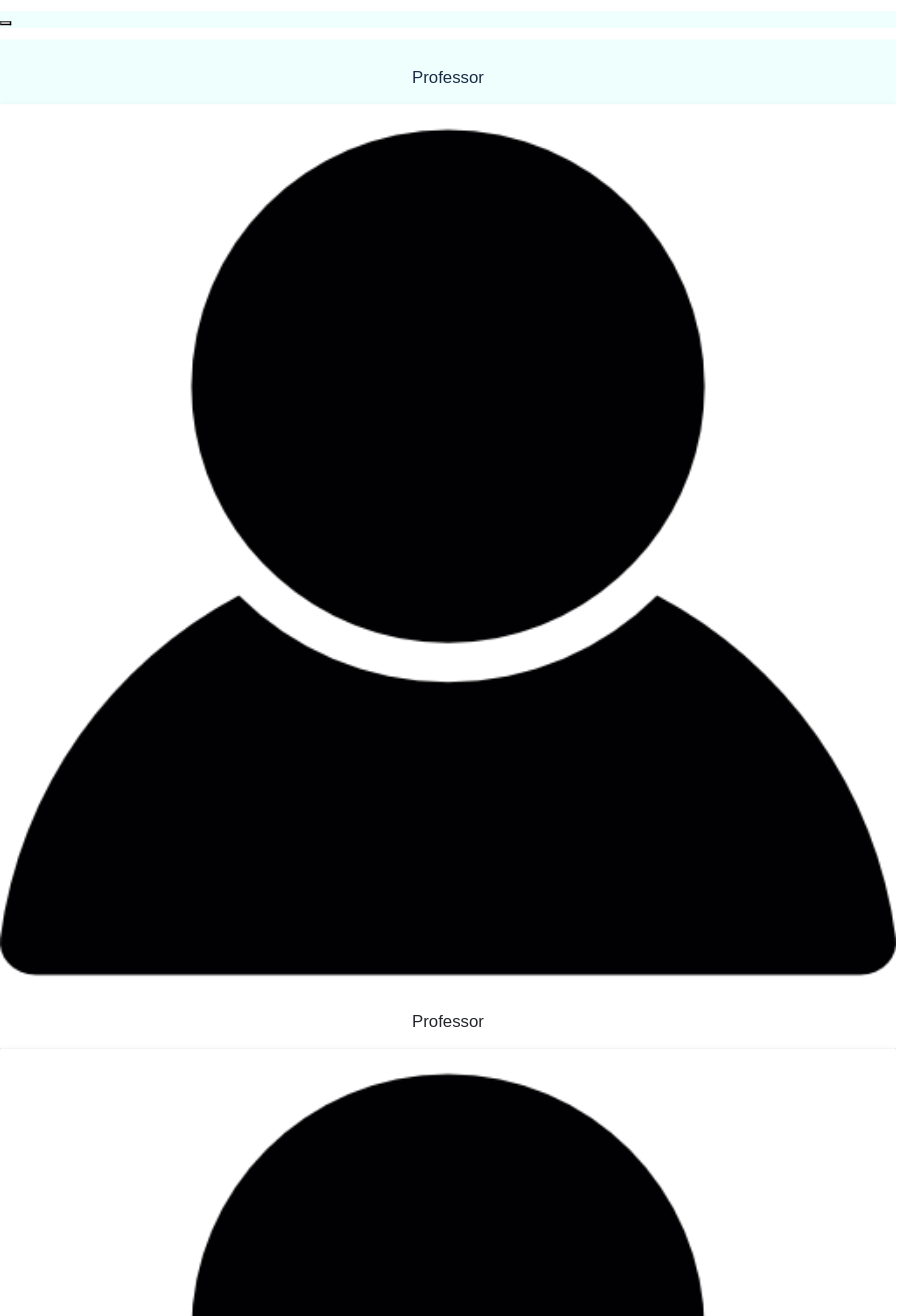
Repository: MarTech-Coders-Planejamento/site-oficial
Page: home.html
These files come from the project's save history. The page is drawn as it stood at one moment and after the next save; the edit follows.
The browser window is 1280 px wide. The page is 1280 px wide, then 1292 px, so the pictures cover 1292 px, including what lies to the right of the window. The pictures show the part of the page from y = 0 to 1880 px (the page is 15165 px tall before and 965 px after), at 70% of full size.
Some web fonts or font styles are not loaded; a fallback is used.

Above is the page before, as saved 2021-10-23 01:39:56.

After the next save:
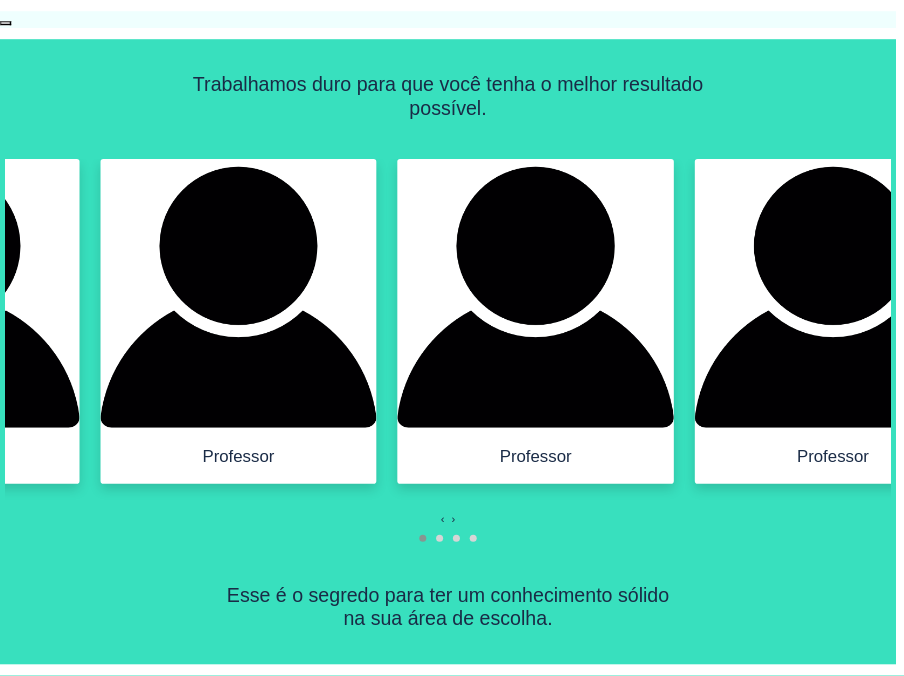
Saved 61 s later.
--- a/home.html
+++ b/home.html
@@ -62,7 +62,23 @@
         </section>
         <section class="bg-one">
           <!--dobra3-->
-          <img  alt="" class="card-img-top img-fluid" />
+          <article>
+            <header></header>
+            <p></p>
+            <figure></figure>
+          </article>
+        </section>
+        <section class="bg-two">
+          <!--dobra4-->
+          <p class='h3 p-5 text-center'>
+            Trabalhamos duro para que você tenha o melhor resultado <br> possível.
+          </p>
+          <div class="row justify-content-center">
+            <div id='slider-container' class="col">
+              <div class="owl-carousel owl-theme">
+                <div class="item mb-4">
+                  <div class="card border-0 shadow">
+                    <img src="/image/person.png" alt="" class="card-img-top img-fluid" />
                     <div class="card-body">
                       <div class="card-title text-center">
                         <h4>Professor</h4>
